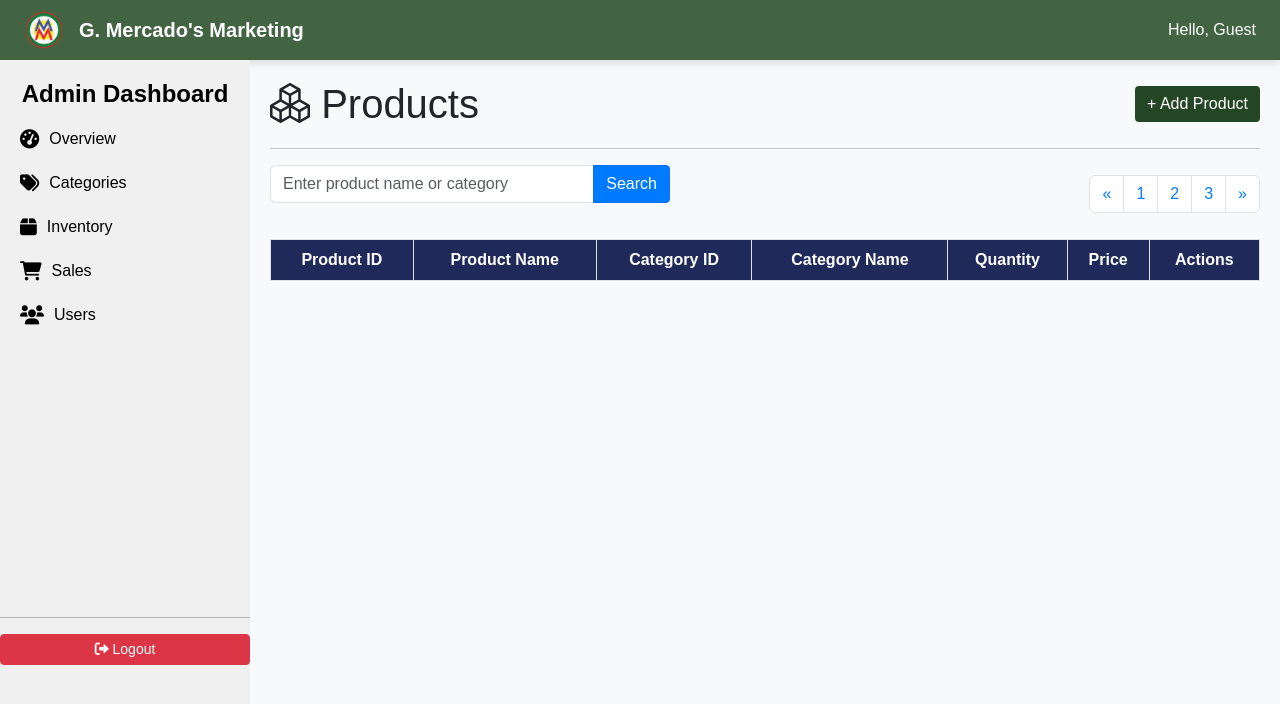
Repository: mandarein21/sales-inventory
Page: http://localhost/products
The author's editor kept a copy of each file at every save. The page is drawn from the files as they stood at one save, then again after the next save.
The browser window is 1280 px wide. The pictures show the whole page.
Some web libraries are served in a nearby version. The page is served by the project's Node server (app.js). Queries for data that is not in the repository find no rows.

Above is the page before, as saved 2024-10-31 08:58:59.

After the next save:
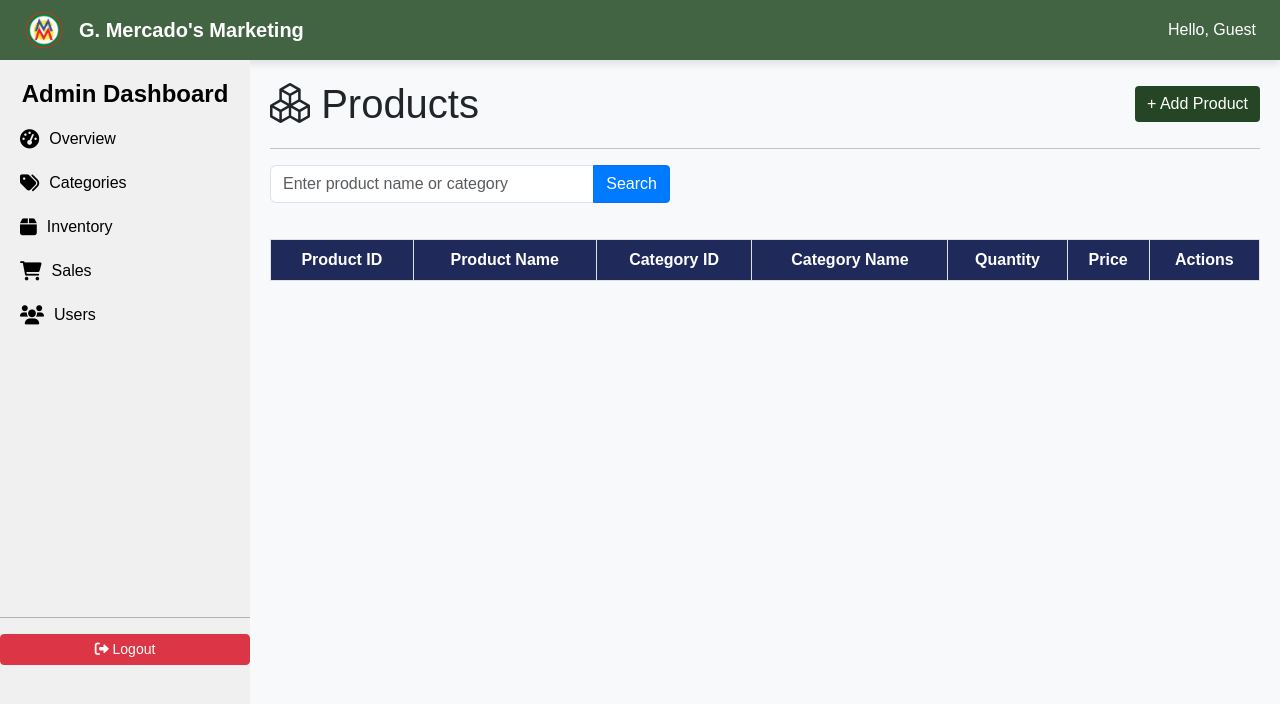
Saved 7 s later.
--- a/views/product.ejs
+++ b/views/product.ejs
@@ -37,26 +37,6 @@
                 </div>
             </div>
 
-            <!-- Pagination -->
-           <!-- Pagination -->
-<!-- Pagination -->
-<nav aria-label="Page navigation">
-    <ul class="pagination mb-0">
-        <li class="page-item">
-            <a class="page-link" href="#" aria-label="Previous">
-                <span aria-hidden="true">&laquo;</span>
-            </a>
-        </li>
-        <li class="page-item"><a class="page-link" href="#">1</a></li>
-        <li class="page-item"><a class="page-link" href="#">2</a></li>
-        <li class="page-item"><a class="page-link" href="#">3</a></li>
-        <li class="page-item">
-            <a class="page-link" href="#" aria-label="Next">
-                <span aria-hidden="true">&raquo;</span>
-            </a>
-        </li>
-    </ul>
-</nav>
 
 
         </div>
